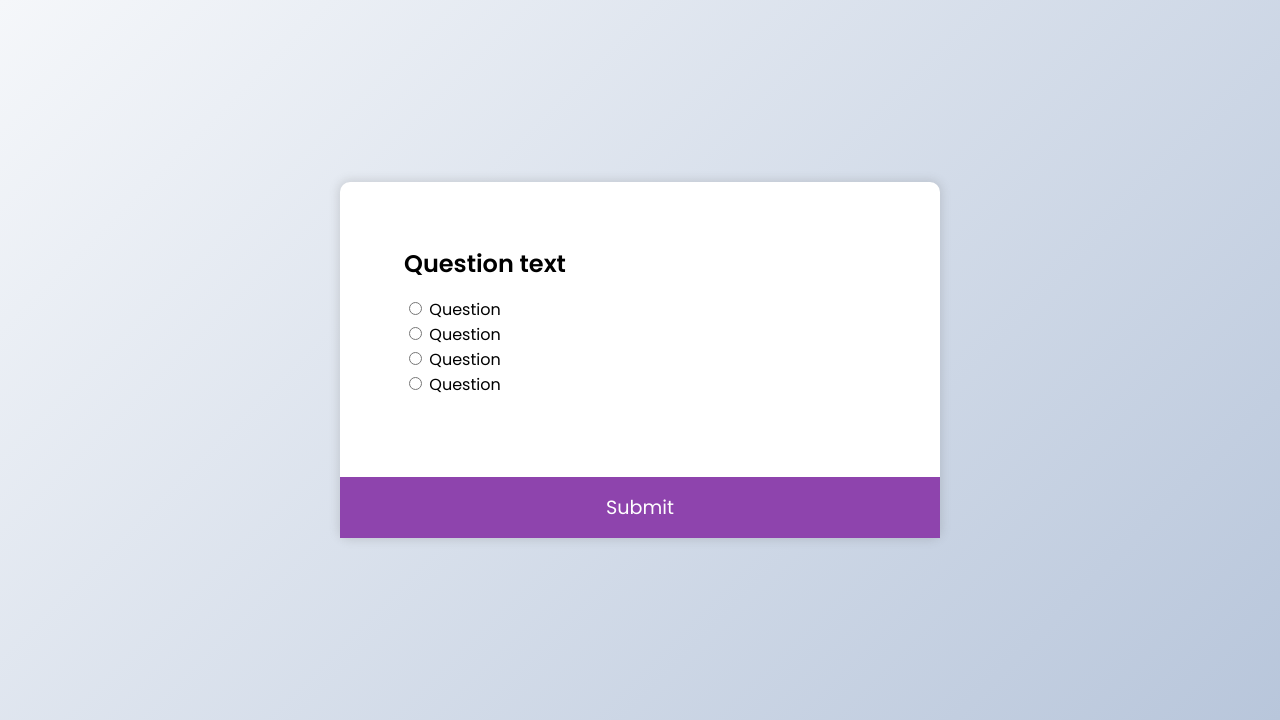
Repository: kate30980/projects-js-practice
Page: quiz-app/index.html
The author's editor kept a copy of each file at every save. The page is drawn from the files as they stood at one save, then again after the next save.
The browser window is 1280 px wide. The pictures show the whole page.

Above is the page before, as saved 2021-09-05 22:08:17.

After the next save:
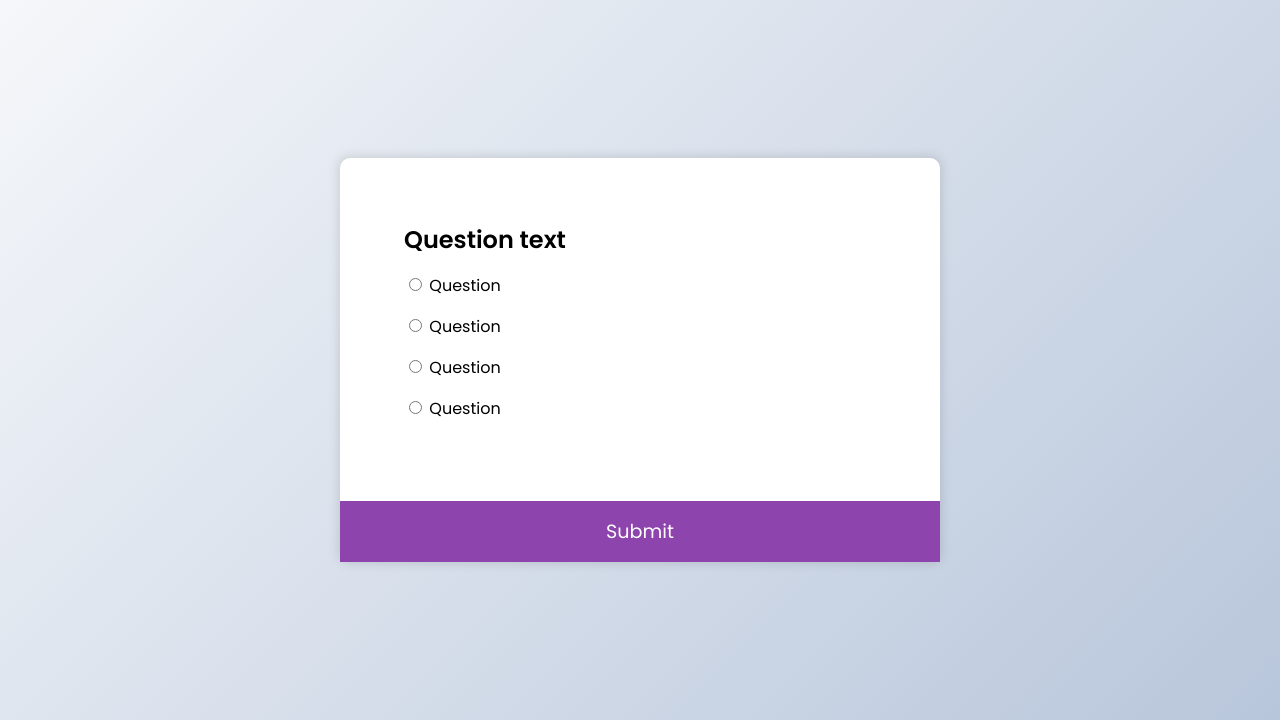
Saved 16 s later.
--- a/quiz-app/style.css
+++ b/quiz-app/style.css
@@ -35,6 +35,9 @@ ul{
 h2{
     margin: 0;
 }
+ul li{
+    margin: 1rem 0;
+}
 button{
     background-color:#8e44ad;
     display: block;
